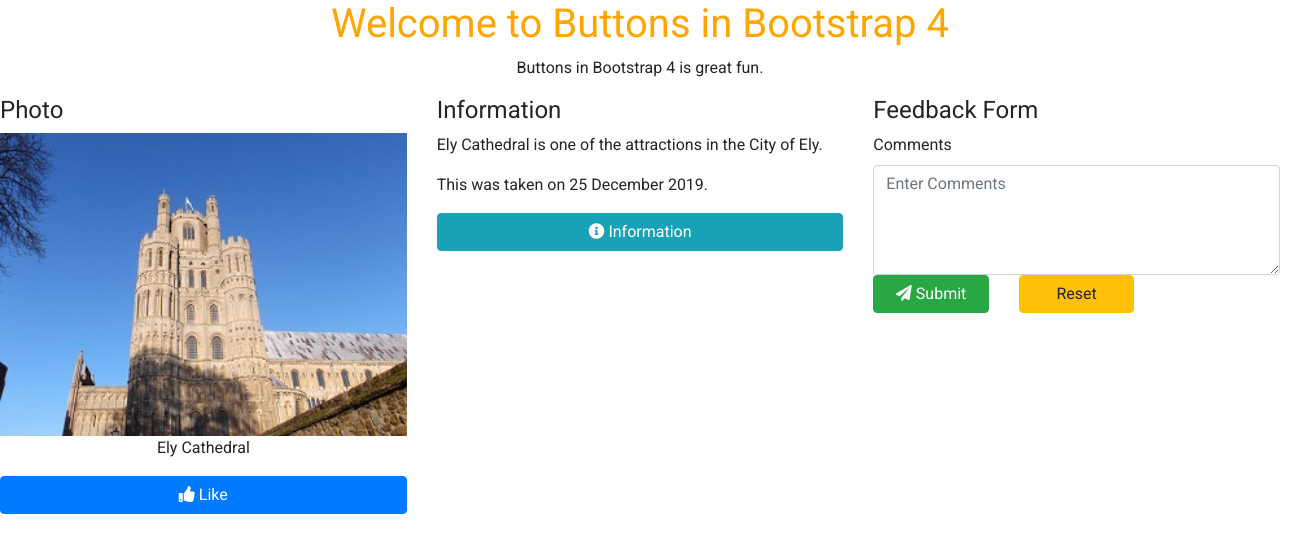
Repository: derektypist/buttons-in-bootstrap-4
Page: index.html
The author's editor kept a record of every edit. The page is drawn from the files as they stood at one moment, then again after the next edit.
The browser window is 1280 px wide. The page is 1295 px wide, so the pictures cover 1295 px, including what lies to the right of the window. The pictures show the whole page.
Some web libraries are served in a nearby version.

Above is the page before.

### index.html
<!DOCTYPE html>
<html lang="en">

<head>
    <meta charset="UTF-8">
    <meta name="viewport" content="width=device-width, initial-scale=1.0">
    <meta http-equiv="X-UA-Compatible" content="ie=edge">
    <title>Buttons in Bootstrap 4</title>
    <!-- Load Style Sheets -->
    <link rel="stylesheet" href="https://maxcdn.bootstrapcdn.com/bootstrap/4.4.1/css/bootstrap.min.css" integrity="sha384-Vkoo8x4CGsO3+Hhxv8T/Q5PaXtkKtu6ug5TOeNV6gBiFeWPGFN9MuhOf23Q9Ifjh" crossorigin="anonymous">
    <link rel="stylesheet" href="https://use.fontawesome.com/releases/v5.8.1/css/all.css" integrity="sha384-50oBUHEmvpQ+1lW4y57PTFmhCaXp0ML5d60M1M7uH2+nqUivzIebhndOJK28anvf" crossorigin="anonymous">
    <link href="https://fonts.googleapis.com/css?family=Roboto&display=swap" rel="stylesheet">
    <link rel="stylesheet" href="style.css">
</head>

<body>
    <!-- Set up Heading -->
    <h1>Welcome to Buttons in Bootstrap 4</h1>
    <p class="text-center">Buttons in Bootstrap 4 is great fun.</p>
    <!-- Set Up Section -->
    <section>
        <!-- Set Up Article -->
        <article class="row">
            <article class="col-sm-4">
                <!-- Display Article Heading -->
                <h4>Photo</h4>
                <!-- Display Image -->
                <figure>
                    <img src="images/ely-cathedral.JPG" alt="Ely Cathedral" class="img-fluid">
                    <figcaption class="text-center">Ely Cathedral</figcaption>
                </figure>
                <!-- Create Button -->
                <button class="btn btn-primary btn-block"><i class="fas fa-thumbs-up"></i> Like</button>

            </article>

            <!-- Set Up Article -->
            <article class="col-sm-4">
                <!-- Display Article Heading -->
                <h4>Information</h4>
                <!-- Display Information -->
                <p>Ely Cathedral is one of the attractions in the City of Ely.</p>
                <p>This was taken on 25 December 2019.</p>
                <!-- Create Button -->
                <button class="btn btn-info btn-block"><i class="fas fa-info-circle"></i> Information</button>
            </article>

            <!-- Set Up Article -->
            <article class="col-sm-4">
                <!-- Display Article Heading -->
                <h4>Feedback Form</h4>
                <!-- Set Up Form for Comments -->
                <form>
                    <label for="comments">Comments</label>
                    <textarea class="form-control" placeholder="Enter Comments" rows="4" id="comments"></textarea>
                    <article class="row">
                        <article class="col-sm-4">
                            <button type="submit" value="Submit" class="btn btn-success btn-block" onclick="acknowledge()"><i class="fa fa-paper-plane"></i> Submit</button>
                        </article>
                        <article class="col-sm-4">
                            <button type="reset" value="Reset" class="btn btn-warning btn-block">Reset</button>
                        </article>

                    </article>

                </form>

                <!-- Display Acknowledgement -->
                <p id="message"></p>
            </article>
        </article>
    </section>
    <!-- Load Script -->
    <script>
        // Function to Acknowledge input of comments
        function acknowledge() {
            document.getElementById("message").innerHTML = "Thank you for your input";
        }
    </script>
</body>

</html>

### style.css
/* Body */
body {
    font-family: "Roboto", Arial, Verdana, sans-serif;
}

/* Heading H1 */
h1 {
    text-align: center;
    color: orange;
}

/* Images */
img {
    display: block;
    margin: auto;
    width: 100%;
}

.mypadding {
    padding: 5px;
}

After the next edit:
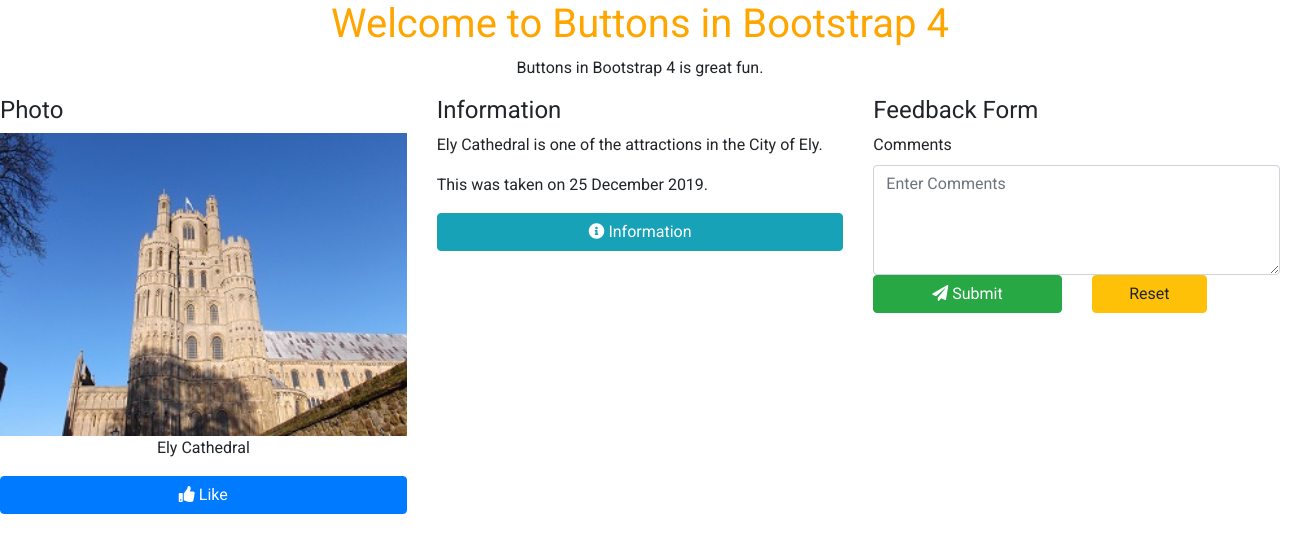
The edit:
--- a/index.html
+++ b/index.html
@@ -54,7 +54,7 @@
                     <label for="comments">Comments</label>
                     <textarea class="form-control" placeholder="Enter Comments" rows="4" id="comments"></textarea>
                     <article class="row">
-                        <article class="col-sm-4">
+                        <article class="col-sm-6">
                             <button type="submit" value="Submit" class="btn btn-success btn-block" onclick="acknowledge()"><i class="fa fa-paper-plane"></i> Submit</button>
                         </article>
                         <article class="col-sm-4">
